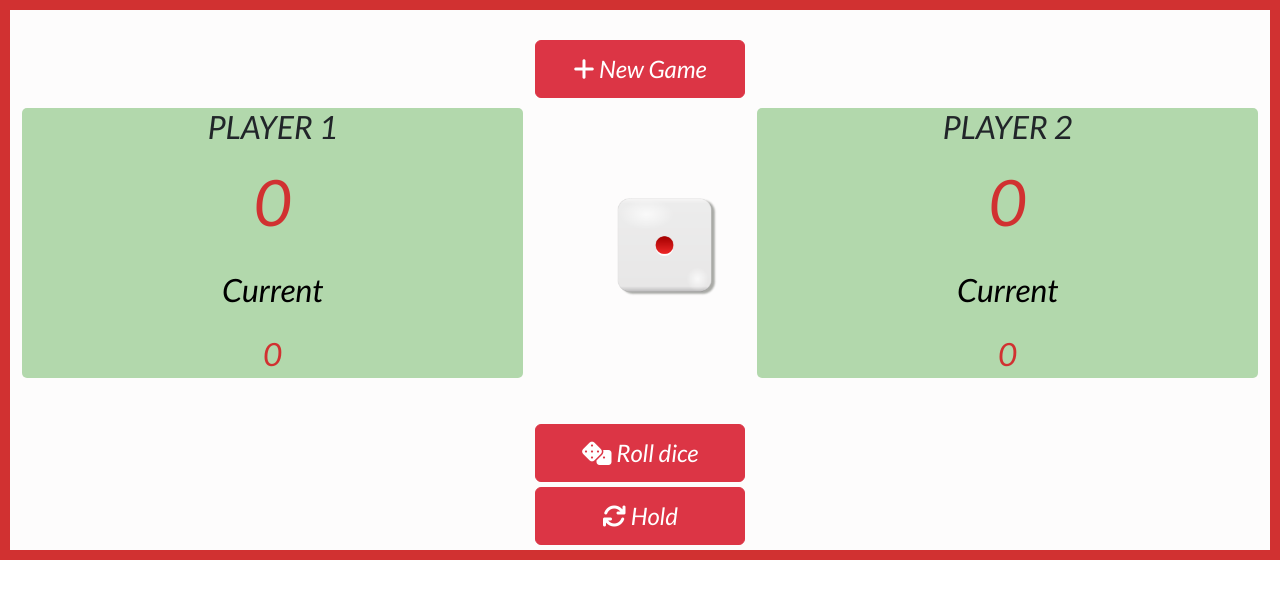
Repository: haifabilel/Eval_JAVASCRIPT
Page: index.html
The author's editor kept a copy of each file at every save. The page is drawn from the files as they stood at one save, then again after the next save.
The browser window is 1280 px wide. The pictures show the whole page.
Some web libraries are served in a nearby version.

Above is the page before, as saved 2023-06-05 17:59:08.

### index.html
<!DOCTYPE html>
<html lang="fr">
<head>
    <meta charset="UTF-8">
    <meta http-equiv="X-UA-Compatible" content="IE=edge">
    <meta name="viewport" content="width=device-width, initial-scale=1.0">
    <title>GameEval</title>
    <!-- Bootstrap -->
    <link href="https://cdn.jsdelivr.net/npm/bootstrap@5.3.0-alpha3/dist/css/bootstrap.min.css" rel="stylesheet" integrity="sha384-KK94CHFLLe+nY2dmCWGMq91rCGa5gtU4mk92HdvYe+M/SXH301p5ILy+dN9+nJOZ" crossorigin="anonymous">
    <!-- Bootstrap icons CSS -->
    <link rel="stylesheet" href="https://cdn.jsdelivr.net/npm/bootstrap-icons@1.6.1/font/bootstrap-icons.css">
    <!-- font awesome cdn link-->
    <link rel="stylesheet" href="https://cdnjs.cloudflare.com/ajax/libs/font-awesome/6.3.0/css/all.min.css" integrity="sha512-SzlrxWUlpfuzQ+pcUCosxcglQRNAq/DZjVsC0lE40xsADsfeQoEypE+enwcOiGjk/bSuGGKHEyjSoQ1zVisanQ==" crossorigin="anonymous" referrerpolicy="no-referrer">
    <!-- CSS Link -->
    <link rel="stylesheet" href="style.css">
</head>
<body>
    <div class="container-fluid" >
     <header>
         <button class="btn btn_newGame btn-danger"><i class="fa-solid fa-plus"></i> New Game</button>
    </header>
    <main>
        <div class="row">
            <!-- Player One  -->
            <div class="col-xm-12 col-md-5 mx-auto " >
                <section class="player player_0 player_active">
                    <h2 class="label" id="label_0">PLAYER 1</h2>
                    <p class="score" id="score_0" >0</p>
                    <div class="current">
                        <p class="current_label">Current</p>
                        <p class="current_score" id="current_0">0</p>
                    </div>
                </section>
            </div>
            <!-- Dice image -->
            <div class="col-xm-12 col-md-2 mx-auto">
                <img src="/asset/dice1.png" alt="imageDice" class="dice img-fluid" style="width: 100px;">
            </div>
             <!-- Player Tow  -->
             <div class="col-xm-12 col-md-5 mx-auto ">
                <section class="player player_1">
                    <h2 class="label" id="label_1">PLAYER 2</h2>
                    <p class="score" id="score_1">0</p>
                    <div class="current">
                        <p class="current_label">Current</p>
                        <p class="current_score" id="current_1">0</p>
                    </div>
                </section>
             </div>
        </div>
    </main>
    <!-- Button RollDice -->
    <div class="button_roll">
        <button class="btn btn_roll btn-danger"><i class="fa-solid fa-dice"></i> Roll dice</button>
    </div>
    <div class="button_hold">
        <button class="btn btn_hold btn-danger"><i class="fa-solid fa-arrows-rotate"></i> Hold</button>
    </div>
    </div>


    <script src="https://code.jquery.com/jquery-3.5.1.slim.min.js" integrity="sha384-DfXdz2htPH0lsSSs5nCTpuj/zy4C+OGpamoFVy38MVBnE+IbbVYUew+OrCXaRkfj" crossorigin="anonymous"></script>
    <script src="https://cdn.jsdelivr.net/npm/popper.js@1.16.0/dist/umd/popper.min.js" integrity="sha384-Q6E9RHvbIyZFJoft+2mJbHaEWldlvI9IOYy5n3zV9zzTtmI3UksdQRVvoxMfooAo" crossorigin="anonymous"></script>
    <script src="https://cdn.jsdelivr.net/npm/bootstrap@5.3.0-alpha3/dist/js/bootstrap.bundle.min.js" integrity="sha384-ENjdO4Dr2bkBIFxQpeoTz1HIcje39Wm4jDKdf19U8gI4ddQ3GYNS7NTKfAdVQSZe" crossorigin="anonymous"></script>
    <script src="script.js"></script>
</body>
</html>

### style.css
@import url('https://fonts.googleapis.com/css2?family=Lato:ital,wght@1,300;1,400;1,700&display=swap');
*{
    font-family: Lato;
}
.container-fluid{
    box-shadow:0.5rem 1 rem rgba(0,0,0,.5);
    background-color: #fdfcfc;
    width:100%;
    height: 100%;
    border: 10px solid  #d13131;

}
.row{
    margin-top:80px;
}
/* Playerss */
.player_0 , .player_1{
    background-color:#43a13366;
    text-align:center;
    border-radius:5px;
    margin-top:-70px;

}

/* Current */
.current{

    width:30%;
    font-size:1.5rem;
    border-radius:5%;
    text-align:center;
    margin-left :35%;
    color:black;
    font-size:2rem;
}
/* Scors */
.score{
    color:#d13131;
    font-size:4rem;
}
.current_score{
    color:#d13131;
    font-size:2rem;
}
/* Buttons */
.btn_roll{
    margin-left:41.5%;
    margin-top:30px;
    width:17%;
    font-size:1.5rem;
    padding:10px;

}
.btn_hold{
    padding:10px;
    margin-left:41.5%;
    margin-top:5px;
    margin-bottom:5px;
    width:17%;
    font-size:1.5rem;
}
.btn_newGame{
    margin-top:30px;
    padding: 10px;
    margin-left:41.5%;
    width:17%;
    font-size:1.5rem;
}
.btn_hold:hover{
    transform:scale(1.1);
    background-color:darkred;
}
.btn_roll:hover{
    transform:scale(1.1);
    background-color:darkred;
}
.btn_newGame:hover{
    transform:scale(1.1);
    background-color:darkred;
}

/* Image Dice */
img{
    margin:20px 70px;
}
.hidden{
    display:none;
}
.player_winn{
    background:url(/asset/golden-winners-cup_1284-18399.avif);
    background-size: cover;
    background-position:center;


}
.player_winn1{
    background-color:rgba(228, 129, 129, 0.384);
}
/* Mode mobile */
@media screen and (max-width:576px){
    h2{
        font-size:2rem;
    }
    .player_1{
        margin-top:10px;
    }
    .score{
        color:#d13131;
        font-size:2rem;
        margin-top:-10px;
    }
    .current_score{
        margin-top:-10px;
        font-size:1.5rem;
    }
    img{
        width:20px;
        margin-left:37%;
        margin-top:0;
    }
    .btn_roll, .btn_hold, .btn_newGame{
        width:60%;
        padding:5px;
        margin-left:20%;
        margin-top: 5px;
    }
    .current{
        font-size:1.5rem;
        margin-top:-20px;
    }



}

### script.js
//Players
const playerOne = document.getElementById('player_0');
const playerTow = document.getElementById('player_1');
//Score
const score0 = document.getElementById('score_0');
const score1 = document.getElementById('score_1');
//Dice
const dice = document.querySelector('.dice');
//buttons
const buttonRoll = document.querySelector('.btn_roll');
const buttonHold = document.querySelector('.btn_hold');
const buttonNewGame = document.querySelector('.btn_newGame');
//Current
const current0 = document.getElementById('current_0');
const current1 = document.getElementById('current_1');

score0.textContent = 0 ;
score1.textContent = 0 ;


let scores = [0 , 0]
let activePlayer = 0 ;
let currentScore = 0 ;

const switchPlayer = function(){
    document.getElementById(`current_${activePlayer}`).textContent = 0;
    document.querySelector(`.player_${activePlayer}`).classList.remove('player_winn1');
    activePlayer = activePlayer === 0 ? 1 : 0;
    currentScore = 0;
    playerOne.classList.toggle("player_active");
    playerTow.classList.toggle("player_active");




}
//buttonRoll
buttonRoll.addEventListener("click", function() {
    dice.classList.remove("hidden");



    //Generate number 1 to 6
    const diceRandom = Math.floor(Math.random() * 6) + 1;
    dice.src =`/asset/dice${diceRandom}.png`

//   Sound game
const audio = new Audio('/asset/programmation-web_de-2_asset_son.mp3');

const lanseSon = function() {
    audio.play()
}
audio.addEventListener('canplaythrough', lanseSon);

//Rolled
if(diceRandom !==1){
    currentScore += diceRandom;
    document.getElementById(`current_${activePlayer}`).textContent = currentScore;
    document.querySelector(`.player_${activePlayer}`).classList.add('player_winn1');

}else{
    //Switch Player
    switchPlayer();
}
});
//ButtonHold
buttonHold.addEventListener('click',function(){
    scores[activePlayer] += currentScore;
    document.querySelector(`.player_${activePlayer}`).classList.remove('player_winn1');
    document.getElementById(`score_${activePlayer}`).textContent = scores[activePlayer];



    if(scores[activePlayer] >=100){
        document.querySelector(`.player_${activePlayer}`).classList.add('player_winn');
        const audio = new Audio('/asset/tadaa-47995.mp3');

        const lanseSon1 = function() {
            audio.play()
        }
        audio.addEventListener('canplaythrough', lanseSon1);


    }else{
        switchPlayer();
    }
});
//  Button NewGame
buttonNewGame.addEventListener ('click',function(){
    document.location.reload()
 })

After the next save:
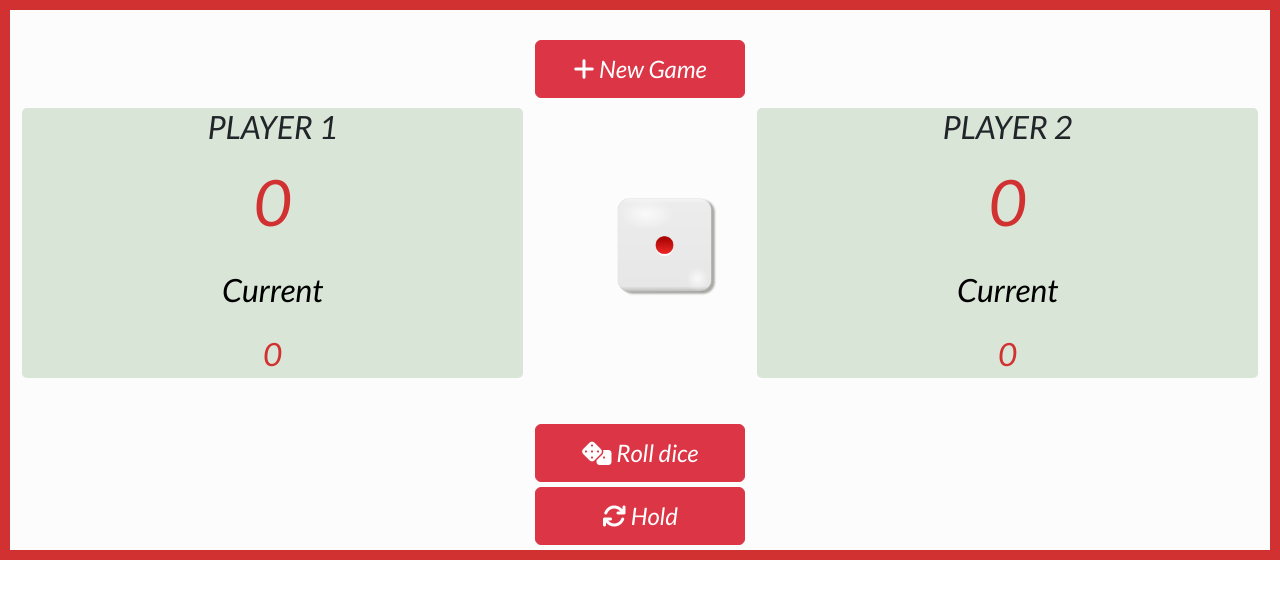
Saved 3 min 1 s later.
--- a/style.css
+++ b/style.css
@@ -15,7 +15,7 @@
 }
 /* Playerss */
 .player_0 , .player_1{
-    background-color:#43a13366;
+    background-color:#a3c09e66;
     text-align:center;
     border-radius:5px;
     margin-top:-70px;
